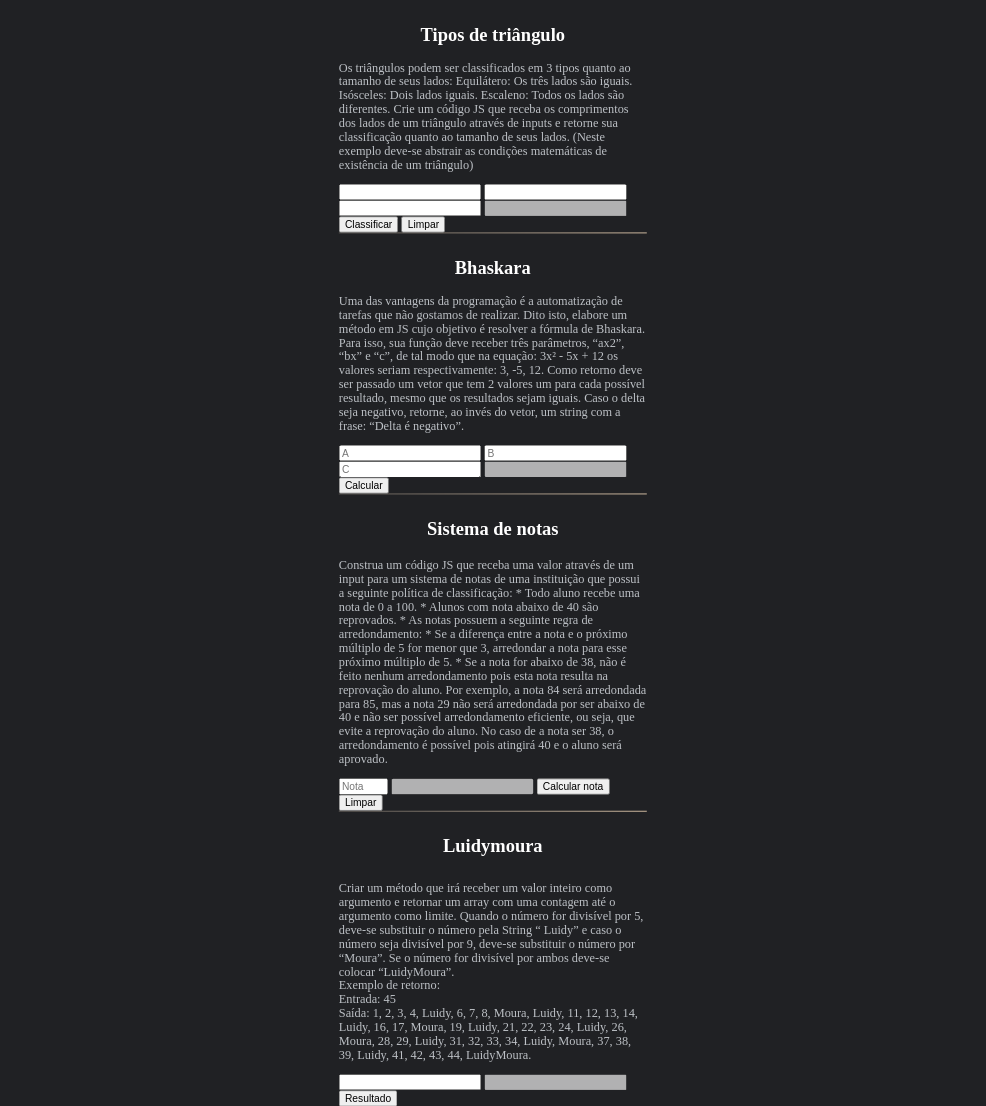
Repository: viviij/Fun-es-Simples-JavaScript
Page: index.html
These files come from the project's save history. The page is drawn as it stood at one moment and after the next save; the edit follows.
The browser window is 1280 px wide. The pictures show the whole page, at 77% of full size.

Above is the page before, as saved 2022-08-26 20:12:53.

### index.html
<!DOCTYPE html>
<html lang="ptBR">
  <head>
    <meta charset="UTF-8">
    <meta http-equiv="X-UA-Compatible" content="IE=edge">
    <meta name="viewport" content="width=device-width, initial-scale=1.0">
    <link rel="stylesheet" href="styles.css">
    <title>Prova C3C</title>
  </head>
  <body>
    <div class="container">
      <section class="Tipos de Triângulo">
        <header>
          <h1>Tipos de triângulo</h1>
          <p>
            Os triângulos podem ser classificados em 3 tipos quanto ao tamanho de seus lados:

            Equilátero: Os três lados são iguais.
            Isósceles: Dois lados iguais.
            Escaleno: Todos os lados são diferentes.

            Crie um código JS que receba os comprimentos dos lados de um triângulo através de inputs e retorne sua classificação quanto ao tamanho de seus lados. (Neste exemplo deve-se abstrair as condições matemáticas de existência de um triângulo)
          </p>

        </header>
        <div class="main">
          <input type="number" name="trianguloLado1" id="trianguloLado1"/>
          <input type="number" name="trianguloLado2" id="trianguloLado2"/>
          <input type="number" name="trianguloLado3" id="trianguloLado3"/>

          <input type="text" name="tipoDeTriangulo" id="tipoDeTriangulo" disabled/>

          <button id="classificacaoTriangulo">Classificar</button>
          <button id="limparInputBotao">Limpar</button>
        </div>
      </section>

      <div class="linhaDeDivisaoDasQuestoes"></div>

      <section class="Bhaskara">
        <header>
          <h2>Bhaskara</h2>
          <p>Uma das vantagens da programação é a automatização de tarefas que não gostamos de realizar. Dito isto, elabore um método em JS cujo objetivo é resolver a fórmula de Bhaskara.

            Para isso, sua função deve receber três parâmetros, “ax2”, “bx” e “c”, de tal modo que na equação: 3x² - 5x + 12 os valores seriam respectivamente: 3, -5, 12.

            Como retorno deve ser passado um vetor que tem 2 valores um para cada possível resultado, mesmo que os resultados sejam iguais.

            Caso o delta seja negativo, retorne, ao invés do vetor, um string com a frase: “Delta é negativo”.</p>
        </header>
        <div class="main">
          <input type="number" name="bhaskaraValorA" id="bhaskaraValorA" placeholder="A"/>
          <input type="number" name="bhaskaraValorB" id="bhaskaraValorB" placeholder="B"/>
          <input type="number" name="bhaskaraValorC" id="bhaskaraValorC" placeholder="C"/>

          <input type="text" name="resultadoBhaskara" id="resultadoBhaskara" disabled/>
          <button id="calcularBhaskara">Calcular</button>
        </div>
      </section>

      <div class="linhaDeDivisaoDasQuestoes"></div>

      <section class="Sistema de Notas">
        <header>
          <h3>Sistema de notas</h3>
          <p>Construa um código JS que receba uma valor através de um input para um sistema de notas de uma instituição que possui a seguinte política de classificação:

          * Todo aluno recebe uma nota de 0 a 100.
          * Alunos com nota abaixo de 40 são reprovados.
          * As notas possuem a seguinte regra de arredondamento:
            * Se a diferença entre a nota e o próximo múltiplo de 5 for menor que 3, arredondar a nota para esse próximo múltiplo de 5.
            * Se a nota for abaixo de 38, não é feito nenhum arredondamento pois esta nota resulta na reprovação do aluno.

          Por exemplo, a nota 84 será arredondada para 85, mas a nota 29 não será arredondada por ser abaixo de 40 e não ser possível arredondamento eficiente, ou seja, que evite a reprovação do aluno.
          No caso de a nota ser 38, o arredondamento é possível pois atingirá 40 e o aluno será aprovado.</p>
        </header>
        <div class="main">
          <input type="number" name="notaRecebida" id="notaRecebida"  min="0" max="100" placeholder="Nota"/>

          <input type="text" name="arredondamentoNota" id="arredondamentoNota" disabled/>

          <button id="calcularNota">Calcular nota</button>
          <button id="limparNota">Limpar</button>
        </div>
      </section>

      <div class="linhaDeDivisaoDasQuestoes"></div>

      <section class="LuidyMoura">
        <header>
          <h4>Luidymoura</h4>
          <p>Criar um método que irá receber um valor inteiro como argumento e retornar um array com uma contagem até o argumento como limite.

          Quando o número for divisível por 5, deve-se substituir o número pela String “ Luidy” e caso o número seja divisível por 9, deve-se substituir o número por  “Moura”.
          Se o número for divisível por ambos deve-se colocar “LuidyMoura”.
          <br/>
          Exemplo de retorno:
          <br/>

          Entrada:
          45
          <br/>

          Saída:
          1, 2, 3, 4, Luidy, 6, 7, 8, Moura, Luidy, 11, 12, 13, 14, Luidy, 16, 17, Moura, 19, Luidy, 21, 22, 23, 24, Luidy, 26, Moura, 28, 29, Luidy, 31, 32, 33, 34, Luidy, Moura, 37, 38, 39, Luidy, 41, 42, 43, 44, LuidyMoura.</p>
        </header>
        <div class="main">
          <input type="number" name="valorLuidyMoura" id="valorLuidyMoura">
          <input type="text" name="resultadoLuidyMoura" id="resultadoLuidyMoura" disabled>
          <button id="calculoLuidyMoura">Resultado</button>
        </div>
      </section>
    </div>
    <script src="./js/tipos_de_triangulo.js"></script>
    <script src="./js/sistema_de_notas.js"></script>
    <script src="./js/luidymoura.js"></script>
    <script src="./js/bhaskara.js"></script>
  </body>
</html>

### styles.css
body {
  margin: 0;
  padding: 0;
  box-sizing: border-box;
  background: var(--background-color);
  display: flex;
  justify-content: center;
}

a {
  text-decoration: none;
}

ul {
  list-style: none;
}

:root {
  /*CORES GLOBAIS*/
  --text-color: #bdc1c6;
  --background-color: #202124;
  --title-color: #ffffff;

}

.container section {
  max-height: auto;
  max-width: 400px;
}

section {
  color: var(--text-color);
  margin-top: 2rem;
}

.container .linhaDeDivisaoDasQuestoes {
  height: 1px;
  background: linear-gradient(270deg,
      hsla(33, 100%, 88%, 1) 0%,
      hsla(33, 65%, 88%, 0.34) 100%);
}

section h1,
h2,
h3,
h4,
h5 {
  display: flex;
  justify-content: center;
  font-size: 1.5rem;
  color: var(--title-color);
}

.container .questao_1 {}

.container .questao_2 {}

.container .questao_3 {}

.container .questao_4 {}

### js/tipos_de_triangulo.js
//Selecionando itens do HTML
const trianLado1 = document.querySelector("#trianguloLado1");
const trianLado2 = document.querySelector("#trianguloLado2");
const trianLado3 = document.querySelector("#trianguloLado3");
const tipoDeTrian = document.querySelector("#tipoDeTriangulo");
const classTrian = document.querySelector("#classificacaoTriangulo") ;
const limparInput = document.querySelector("#limparInputBotao");
//Marcar "erro" caso alguma resposta nao seja preenchida
trianLado1.onblur = () => {
  if(trianLado1.value == "") {
    trianLado1.style = "border-color: #aa0044";
  }else{
    trianLado1.style = "color: #000000";
  }
}

trianLado2.onblur = () => {
  if(trianLado2.value == "") {
    trianLado2.style = "border-color: #aa0044";
  }else{
    trianLado2.style = "color: #000000";
  }
}

trianLado3.onblur = () => {
  if(trianLado3.value == "") {
    trianLado3.style = "border-color: #aa0044";
  }else{
    trianLado3.style = "color: #000000";
  }
}

//Limpar input apos clicar no botao Limpar
limparInput.onclick = () => {
  trianLado1.value = "";
  trianLado2.value = "";
  trianLado3.value = "";
  tipoDeTrian.value = "";
}

//Classificar o tipo de triangulo apos clicar no botao Classificar
classTrian.onclick = () => {
  //Dar foco no input vazio
  if (trianLado1.value == "" && trianLado2.value != "" && trianLado3.value != "") {
    trianLado1.focus();
  }else if (trianLado2.value == "" && trianLado1.value != "" && trianLado3.value != "") {
    trianLado2.focus();
  }else if (trianLado3.value == "" && trianLado1.value != "" && trianLado2.value != "") {
    trianLado3.focus();
  }

  if(trianLado1.value != "" && trianLado2.value != "" && trianLado3.value != "") {

    if (trianLado1.value != trianLado2.value && trianLado1.value != trianLado3.value && trianLado2.value != trianLado3.value) {
      tipoDeTrian.value = "Escaleno: Todos os lados são diferentes.";

    }else if (trianLado1.value == trianLado2.value && trianLado1.value == trianLado3.value && trianLado2.value == trianLado3.value) {
      tipoDeTrian.value = "Equilátero: Os três lados são iguais.";

    }else{
      tipoDeTrian.value = "Isósceles: Dois lados iguais.";

    }
  }
}

### js/sistema_de_notas.js
const notaRec = document.querySelector("#notaRecebida");
const arreNota = document.querySelector("#arredondamentoNota");
const calcNota = document.querySelector("#calcularNota");
const limparNota = document.querySelector("#limparNota")

//Marcar "erro" caso alguma resposta nao seja preenchida
notaRec.onblur = () => {
  if(notaRec.value == "") {
    notaRec.style = "border-color: #aa0044";
  }else{
    notaRec.style = "color: #000000";
  }
}

//Limpar input apos clicar no botao Limpar
limparNota.onclick = () => {
  notaRec.value = "";
  arreNota.value = "";
}

calcNota.onclick = () => {
  //Dar foco no input vazio
  if (notaRec.value == "") {
    notaRec.focus();
  }
  if(notaRec.value != "") {
    //Função do calculo da nota
    if (notaRec.value > 100 || notaRec.value < 0) {
      arreNota.value = "Valor inválido! Por favor digite um numero de 0 a 100.";
    }else if (notaRec.value < 38) {
      return arreNota.value = "Nem com milagre esse ser vai passar :("
    }

    const tabuadaDo5 = [5, 10, 15, 20, 25, 30, 35, 40, 45, 50, 55, 60, 65, 70, 75, 80, 85, 90, 95, 100];

    for (let i in tabuadaDo5) {
      const int = (nota) => {
        nota = Number.parseFloat(nota);
        return nota
      }
      if (int(notaRec.value)+2 >= tabuadaDo5[i]) {
        arreNota.value = tabuadaDo5[i];
      }
    }
  }
}

### js/luidymoura.js
const valorLuidyM = document.querySelector("#valorLuidyMoura")
const resLuidyM = document.querySelector("#resultadoLuidyMoura")
const calcLuidyM = document.querySelector("#calculoLuidyMoura")
function range(n) {//Função responsavel po ir do 0 até o valor x
  const listaNumerica = []
  for (i = 0; i < n; i++) {
    listaNumerica.push(i+1)
  }

  return listaNumerica
}

//Marcar "erro" caso alguma resposta nao seja preenchida
valorLuidyM.onblur = () => {
  if(valorLuidyM.value == "") {
    valorLuidyM.style = "border-color: #aa0044";
  }else{
    valorLuidyM.style = "color: #000000";
  }
}

calcLuidyM.onclick = () => {
  //dar focus no input caso n tenha sido preenchido
  if (valorLuidyM.value == "") {
    valorLuidyM.focus();
  }

  //logica do luidymoura
  if (valorLuidyM != "") {
    contagem = range(valorLuidyM.value)

    //Divisivel por 9 e 5
    let lista = []
    for (let contador in contagem) {

      //divisivel apenas por 5
      if (contagem[contador] % 9 != 0 && contagem[contador] % 5 == 0) {
        lista.push("Luidy")
      }

      //Divisivel apenas por 9
      if (contagem[contador] % 9 == 0 && contagem[contador] % 5 != 0) {
        lista.push("Moura")
      }

      //divisivel por 5 e 9
      if (contagem[contador] % 9 == 0 && contagem[contador] % 5 == 0) {
        lista.push("LuidyMoura")
      }else if (contagem[contador] % 9 != 0 && contagem[contador] % 5 != 0){
        lista.push(contagem[contador])
      }
    }
    resLuidyM.value = lista
  }

}

### js/bhaskara.js
//Selecionando itens do HTML
const bhaskaVA = document.querySelector("#bhaskaraValorA");
const bhaskaVB = document.querySelector("#bhaskaraValorB");
const bhaskaVC = document.querySelector("#bhaskaraValorC");
const resBhaska = document.querySelector("#resultadoBhaskara");
const calcBhaska = document.querySelector("#calcularBhaskara");
//Marcar "erro" caso alguma resposta nao seja preenchida
bhaskaVA.onblur = () => {
  if(bhaskaVA.value == "") {
    bhaskaVA.style = "border-color: #aa0044";
  }else{
    bhaskaVA.style = "color: #000000";
  }
}

bhaskaVB.onblur = () => {
  if(bhaskaVB.value == "") {
    bhaskaVB.style = "border-color: #aa0044";
  }else{
    bhaskaVB.style = "color: #000000";
  }
}

bhaskaVC.onblur = () => {
  if(bhaskaVC.value == "") {
    bhaskaVC.style = "border-color: #aa0044";
  }else{
    bhaskaVC.style = "color: #000000";
  }
}

//Calcular os valores de bhaskara


calcBhaska.onclick = () => {
  //Dar foco no input vazio
  if (bhaskaVA.value == "" && bhaskaVB.value != "" && bhaskaVC.value != "") {
    bhaskaVA.focus();
  }else if (bhaskaVB.value == "" && bhaskaVA.value != "" && bhaskaVC.value != "") {
    bhaskaVB.focus();
  }else if (bhaskaVC.value == "" && bhaskaVA.value != "" && bhaskaVB.value != "") {
    bhaskaVC.focus();
  }

  if (bhaskaVC.value != "" && bhaskaVA.value != "" && bhaskaVB.value != ""){
    //Função de bhaskara
    const valorDelta = (bhaskaVB.value*bhaskaVB.value) - 4*bhaskaVA.value*(bhaskaVC.value);

    if(valorDelta < 0) {
      resBhaska.value = "Delta é negativo";
    }else{
      let calculoDeX = (-bhaskaVB.value+Math.sqrt(valorDelta))/(2*bhaskaVA.value);
      let calculoDeX2 = (-bhaskaVB.value-Math.sqrt(valorDelta))/(2*bhaskaVA.value);
      bhaskaVA.value = ""
      bhaskaVB.value = ""
      bhaskaVC.value = ""

      resBhaska.value = [calculoDeX, calculoDeX2];
    }
  }
}

After the next save:
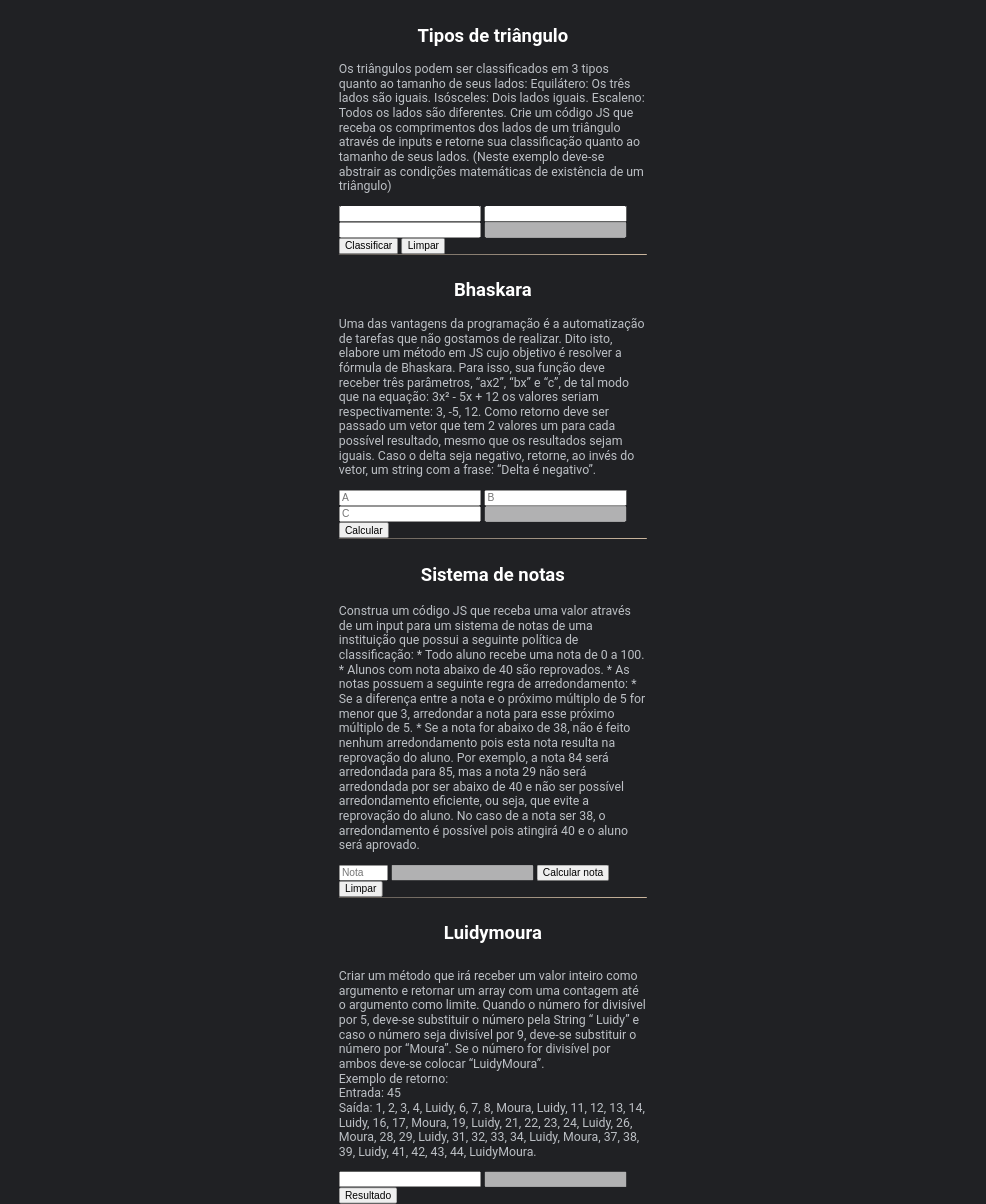
Saved 8 min 11 s later.
--- a/styles.css
+++ b/styles.css
@@ -5,6 +5,20 @@ body {
   background: var(--background-color);
   display: flex;
   justify-content: center;
+  font-family: 'Roboto', sans-serif;
+  font-weight: 400;
+}
+
+body h1,
+h2,
+h3,
+h4,
+h5,
+h6,
+h7,
+h8 {
+  font-family: 'Roboto', sans-serif;
+  font-weight: 700;
 }
 
 a {
